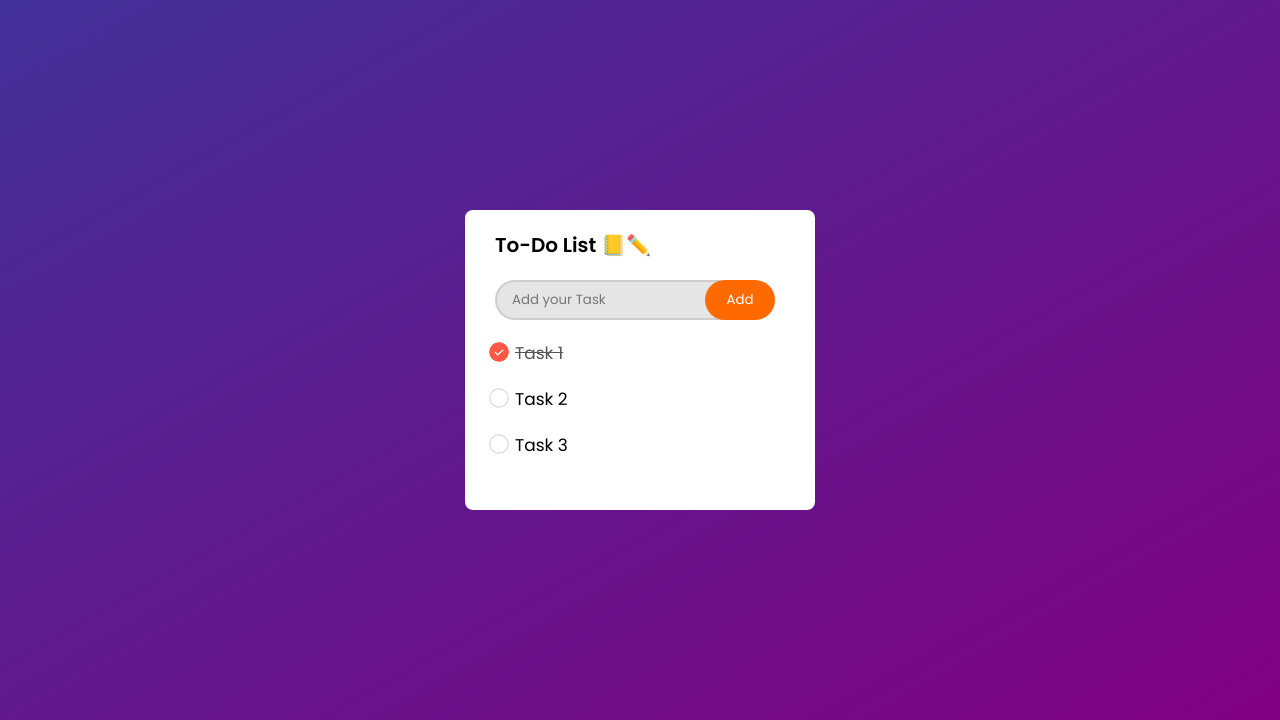
Repository: Ankitkr2021/To-Do-List
Page: index.html
The author's editor kept a copy of each file at every save. The page is drawn from the files as they stood at one save, then again after the next save.
The browser window is 1280 px wide. The pictures show the whole page.

Above is the page before, as saved 2025-10-03 10:27:20.

After the next save:
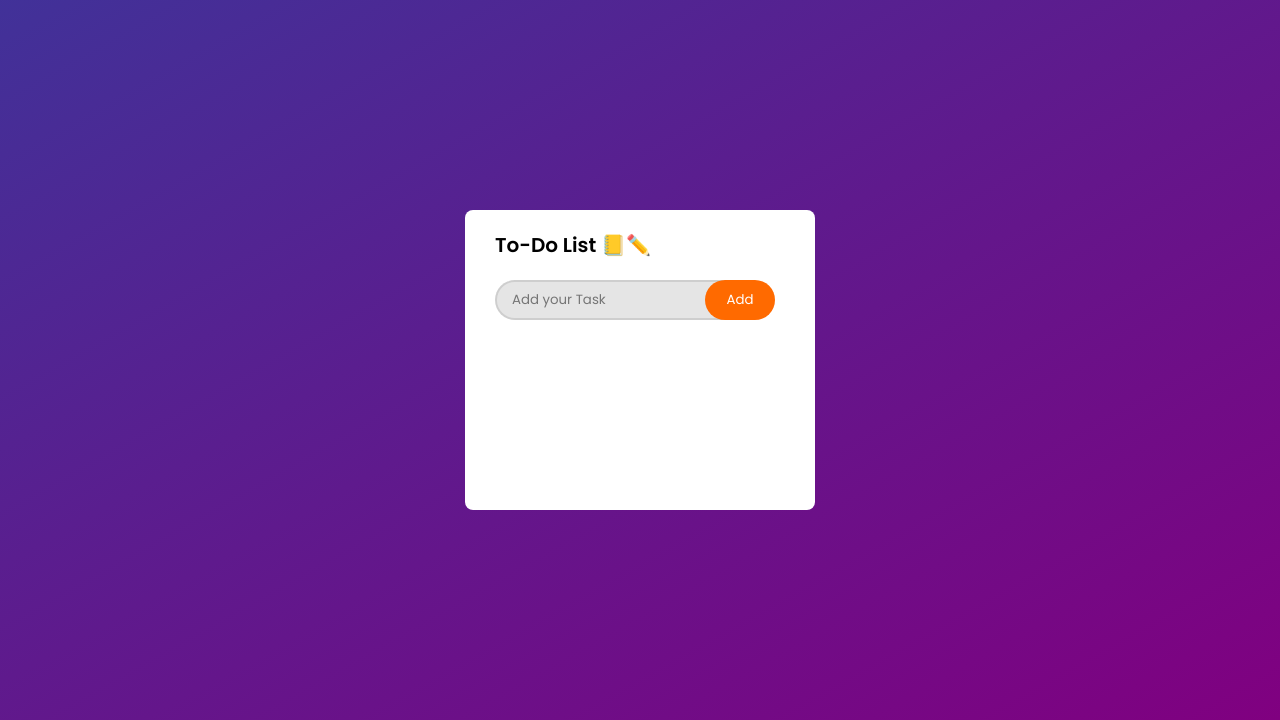
Saved 41 s later.
--- a/index.html
+++ b/index.html
@@ -13,10 +13,10 @@
         <input id="add" type="text" placeholder="Add your Task">
         <button type="submit">Add</button>
         </div>
-        <ul>
-            <li class="checked">Task 1</li>
+        <ul id="list-container">
+            <!-- <li class="checked">Task 1</li>
             <li>Task 2</li>
-            <li>Task 3</li>
+            <li>Task 3</li> -->
         </ul>
     </div>
 </body>
